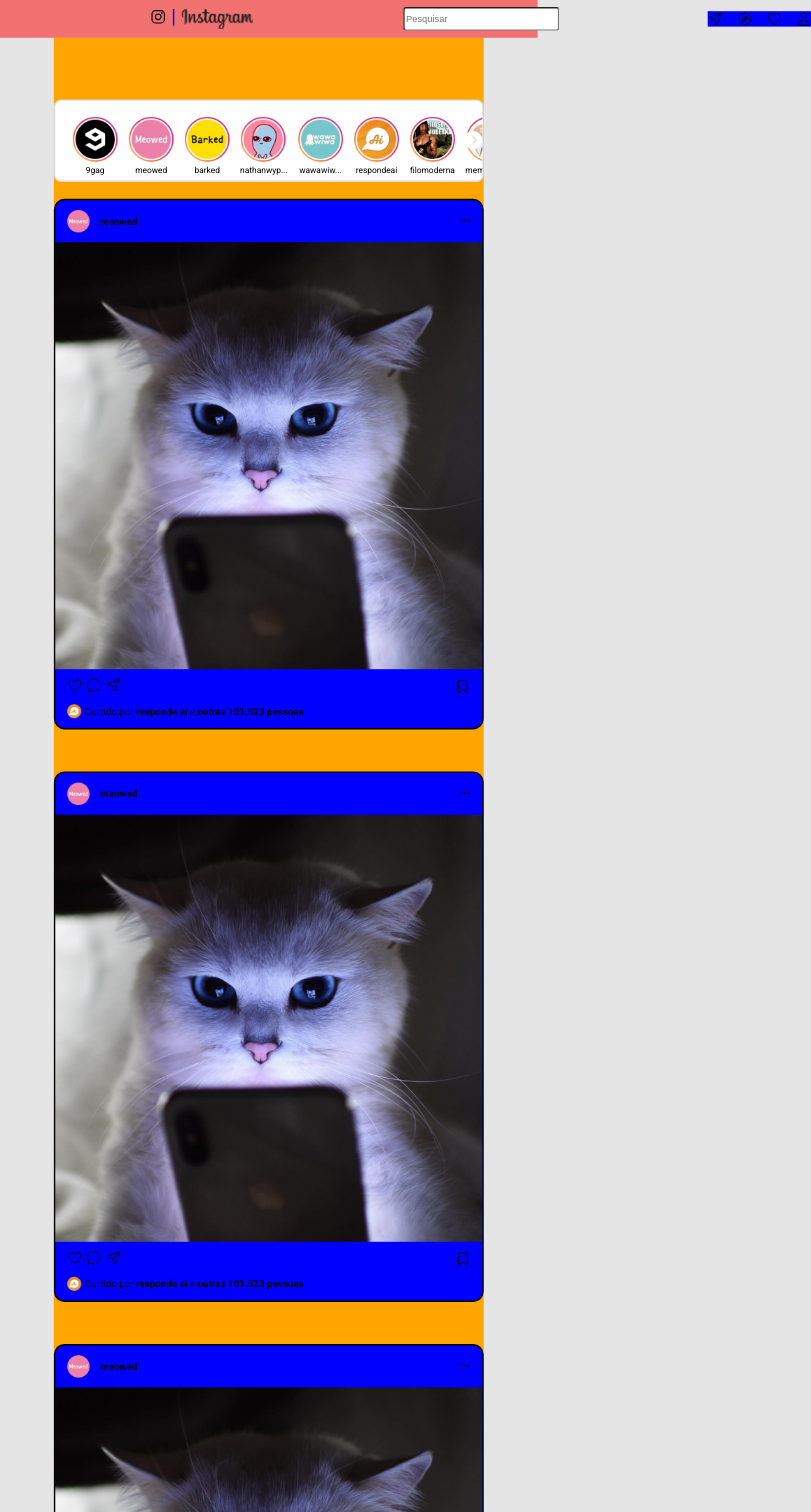
Repository: Zezinoo/proj-2-instagram-clone
Page: index.html
An editor plug-in stored every save of this project. The page is shown before and after the next save, followed by the edit.
The browser window is 768 px wide. The page is 1159 px wide, then 768 px, so the pictures cover 1159 px, including what lies to the right of the window. The pictures show the part of the page from y = 0 to 2160 px (the page is 2738 px tall before and 2684 px after), at 70% of full size.
Some web libraries are served in a nearby version.

Above is the page before, as saved 2022-06-05 03:43:09.

After the next save:
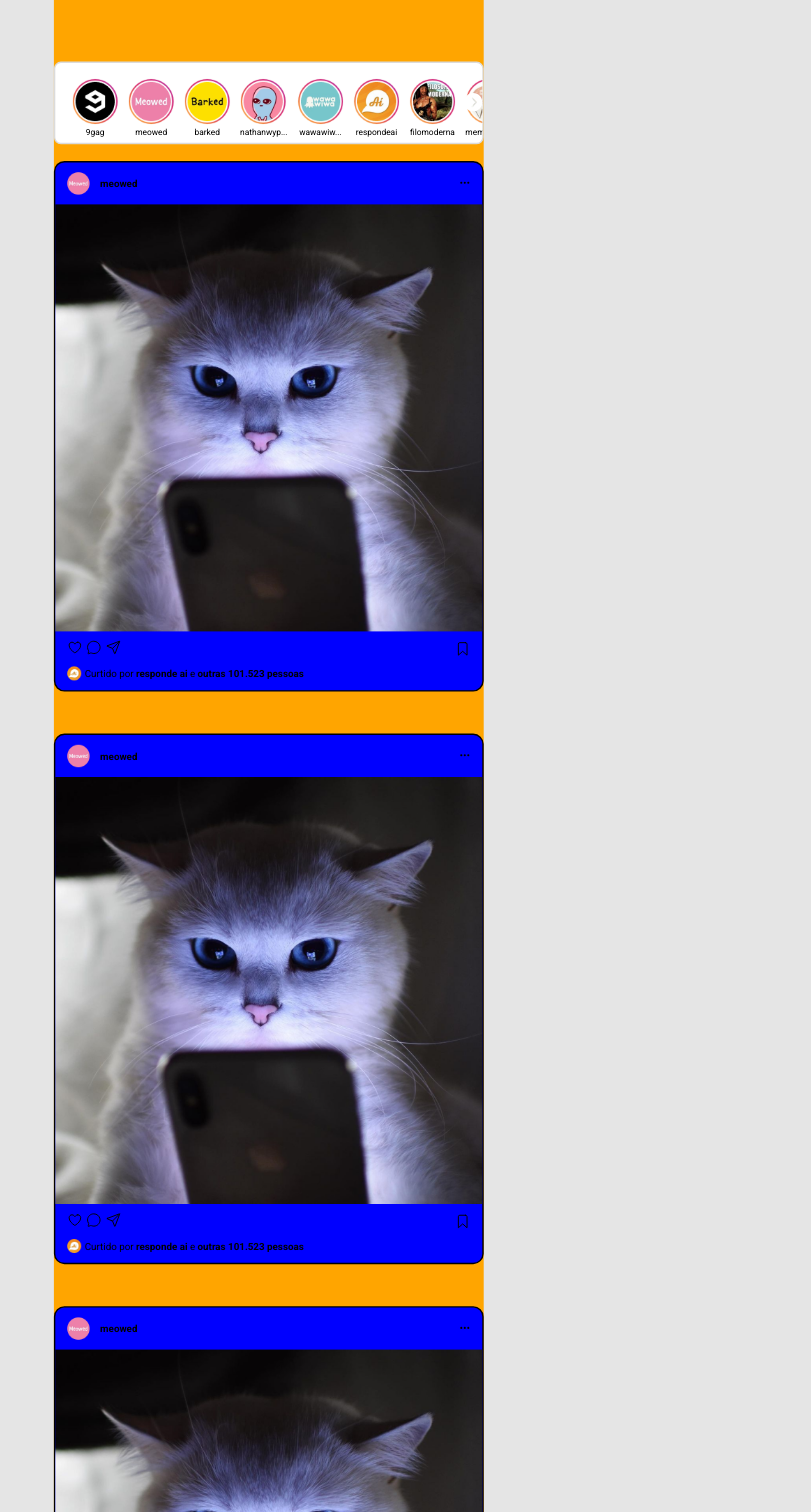
Saved 69 s later.
--- a/style.css
+++ b/style.css
@@ -326,6 +326,9 @@
         flex-direction: column;
         justify-content: center;
         align-items: center;
+    }
+    .top{
+        display: none;
     }
     .top-medium{
         width: 100%;
@@ -338,13 +341,7 @@
         position: relative;
         z-index: 1;
     }
-    .top {
-        display: flex;
-        justify-content: center;
-    }
-    .logo{
-        flex-basis: content;
-    }
+
     .sidebar{
         display: none;
     }
